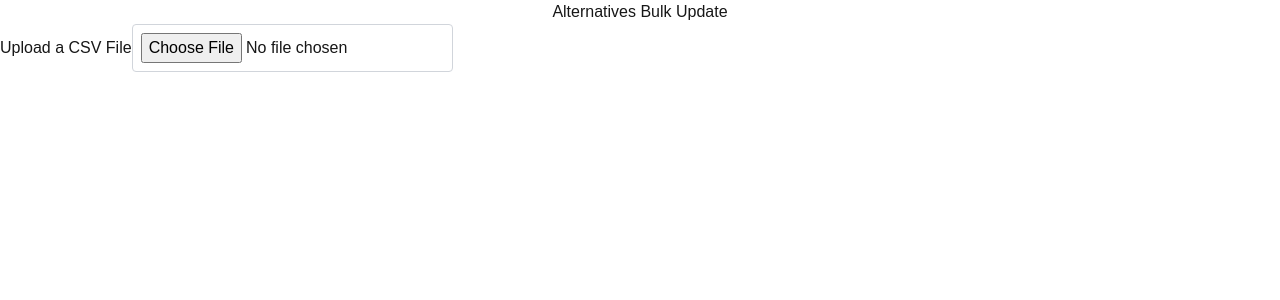
Repository: Ganesh-General-Traffic/Alternatives
Page: / (app in alternatives-bulk/)
The author's editor kept a copy of each file at every save. The page is drawn from the files as they stood at one save, then again after the next save.
The browser window is 1280 px wide. The pictures show the whole page.
The project was rebuilt for these pictures with package versions that can differ from the ones it lists, and the page was loaded fresh each time. The framework's server and built-in components were replaced by stand-ins that run in the browser. Also part of the build but not shown: alternatives-bulk/next.config.ts.

Above is the page before, as saved 2024-12-09 10:58:16.

### alternatives-bulk/app/page.tsx
export default function Home() {
  return (
    <>
      <p className="w-full text-center">Alternatives Bulk Update</p>
      <div className="w-full">
        <label htmlFor="csvFile">
          Upload a CSV File
          <input
            type="file"
            name="csvFile"
            id="csvFile"
            accept=".csv"
            className="border border-gray-300 rounded p-2"
          />
        </label>
      </div>
    </>
  );
}

Loaded but not shown: alternatives-bulk/app/layout.tsx (common file); alternatives-bulk/app/globals.css (common file); alternatives-bulk/tailwind.config.ts (common file)

After the next save:
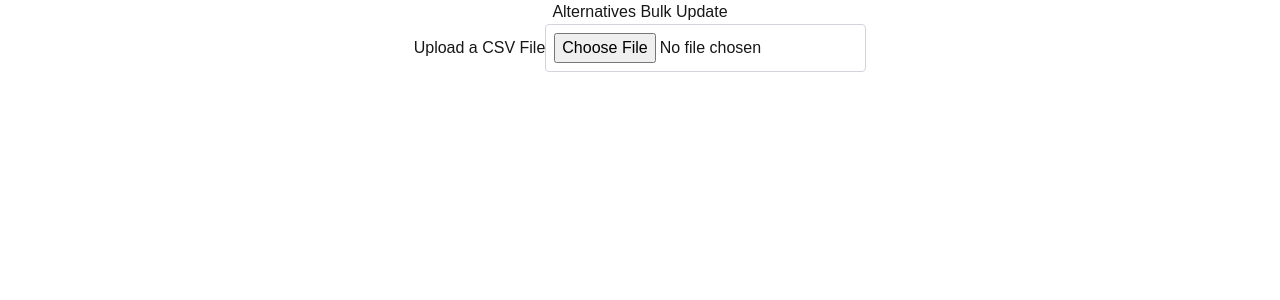
Saved 6 s later.
--- a/alternatives-bulk/app/page.tsx
+++ b/alternatives-bulk/app/page.tsx
@@ -2,7 +2,7 @@
   return (
     <>
       <p className="w-full text-center">Alternatives Bulk Update</p>
-      <div className="w-full">
+      <div className="w-full text-center">
         <label htmlFor="csvFile">
           Upload a CSV File
           <input

After the save that followed:
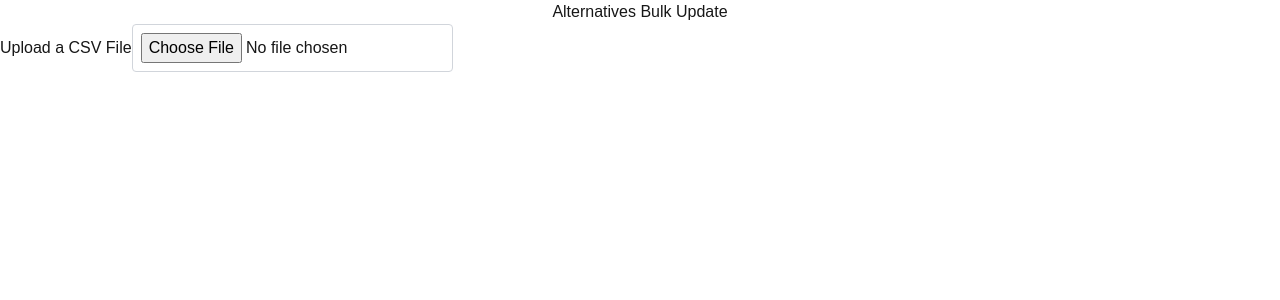
Saved 8 s later.
--- a/alternatives-bulk/app/page.tsx
+++ b/alternatives-bulk/app/page.tsx
@@ -2,7 +2,7 @@
   return (
     <>
       <p className="w-full text-center">Alternatives Bulk Update</p>
-      <div className="w-full text-center">
+      <div className="mx-auto">
         <label htmlFor="csvFile">
           Upload a CSV File
           <input
